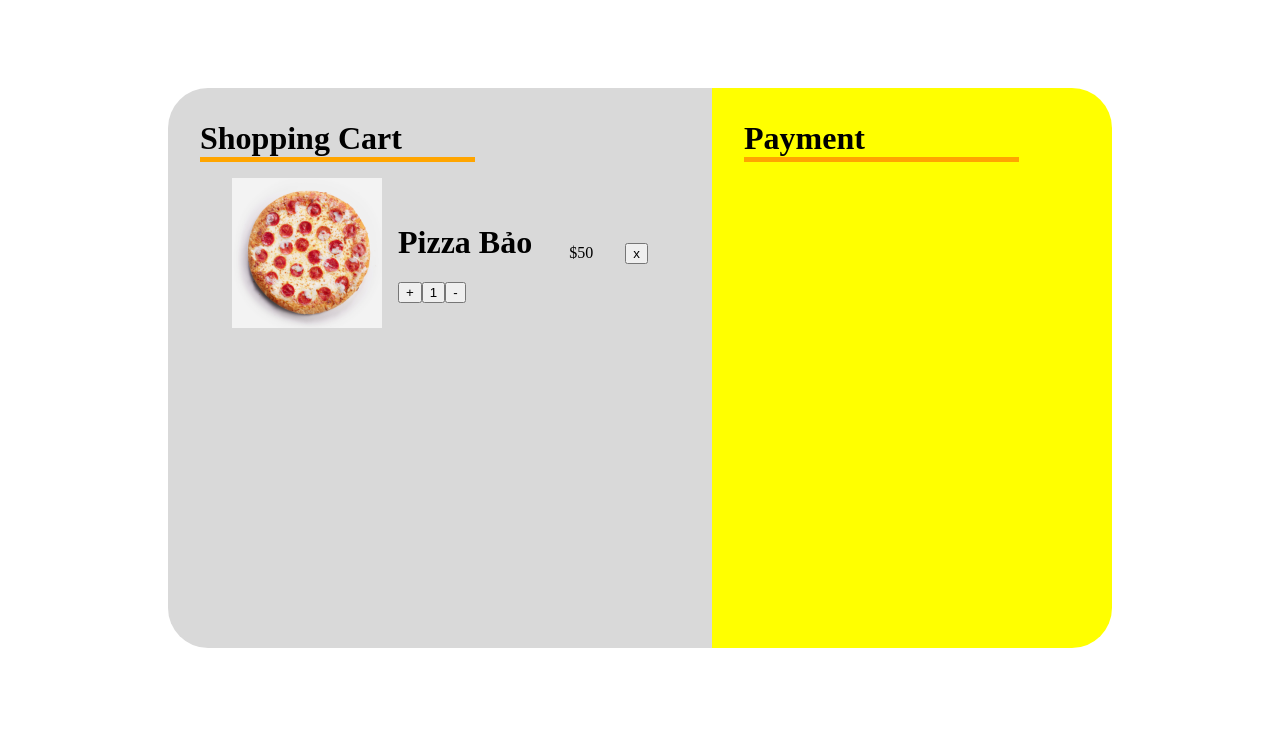
Repository: NDBaoFE/pizza-ordering-hiep
Page: /checkout
These files come from the project's save history. The page is drawn as it stood at one moment and after the next save; the edit follows.
The browser window is 1280 px wide. The pictures show the whole page.
The project was rebuilt for these pictures with package versions that can differ from the ones it lists, and the page was loaded fresh each time.

Above is the page before, as saved 2022-08-27 22:13:13.

### public/index.html
<!DOCTYPE html>
<html lang="en">
  <head>
    <meta charset="utf-8" />
    <link rel="icon" href="%PUBLIC_URL%/avatar.png" />
    <meta name="viewport" content="width=device-width, initial-scale=1" />
    <meta name="theme-color" content="#000000" />
    <link rel="apple-touch-icon" href="%PUBLIC_URL%/avatar.png" />
    <title>Pizza Ordering</title>
  </head>
  <body>
    <noscript>You need to enable JavaScript to run this app.</noscript>
    <div id="root"></div>
  </body>
</html>

### src/App.js
import RouterComponent from './router'

function App() {
  return <>{RouterComponent}</>
}

export default App

### src/router/index.js
import { BrowserRouter, Routes, Route } from 'react-router-dom'
import Checkout from '../pages/Checkout'

const privateRoutes = [{ name: 'checkout', path: '/checkout', element: <Checkout /> }]

const RouterComponent = (
  <BrowserRouter>
    <Routes>
      {privateRoutes.map((route) => (
        <Route key={route.name} path={route.path} element={route.element} />
      ))}
    </Routes>
  </BrowserRouter>
)

export default RouterComponent

### src/pages/Checkout/index.jsx
import React from 'react'
import * as Styled from './Checkout.styled'
import pizza from '../../assets/pizza.jpg'

const Checkout = (props) => {
  return (
    <Styled.Background>
      <Styled.Cart>
        <Styled.Header>Shopping Cart</Styled.Header>
        <Styled.List>
          <Styled.Item>
            <Styled.Image src={pizza} />
            <Styled.Info>
              <Styled.PizzaName>Pizza Bảo</Styled.PizzaName>
              <div>
                <Styled.Button>+</Styled.Button>
                <Styled.Button>1</Styled.Button>
                <Styled.Button>-</Styled.Button>
              </div>
            </Styled.Info>
            <Styled.Price>$50</Styled.Price>
            <Styled.CloseButton>x</Styled.CloseButton>
          </Styled.Item>
        </Styled.List>
      </Styled.Cart>
      <Styled.Payment>
        <Styled.Header>Payment</Styled.Header>
      </Styled.Payment>
    </Styled.Background>
  )
}

Checkout.propTypes = {}

export default Checkout

### src/pages/Checkout/Checkout.styled.js
import styled from 'styled-components'

export const Background = styled.div`
  box-sizing: border-box;
  width: 100%;
  height: 100vh;
  padding: 5rem 10rem;
  display: flex;
  overflow-y: hidden;
`
export const Cart = styled.div`
  padding: 2rem;
  display: block;
  background-color: #d9d9d9;
  flex: 1;
  border-top-left-radius: 40px;
  border-bottom-left-radius: 40px;
`
export const Payment = styled.div`
  box-sizing: border-box;
  padding: 2rem;
  min-width: 400px;
  background-color: yellow;
  border-top-right-radius: 40px;
  border-bottom-right-radius: 40px;
`

export const Header = styled.header`
  font-size: 2rem;
  font-weight: 700;

  &::after {
    content: '';
    display: block;
    width: 275px;
    height: 5px;
    background-color: orange;
  }
`

export const List = styled.ul`
  list-style: none;
  padding: 0;
`

export const Item = styled.li`
  display: flex;
  align-items: center;
  margin: 1rem;
`

export const Image = styled.img`
  margin: 0 1rem;

  width: 150px;
`
export const Info = styled.div`
  flex: 1;
`
export const PizzaName = styled.h1``
export const Button = styled.button``
export const Price = styled.span`
  margin: 0 1rem;
`
export const CloseButton = styled.button`
  margin: 0 1rem;
`

Loaded but not shown: src/index.js (common file)

After the next save:
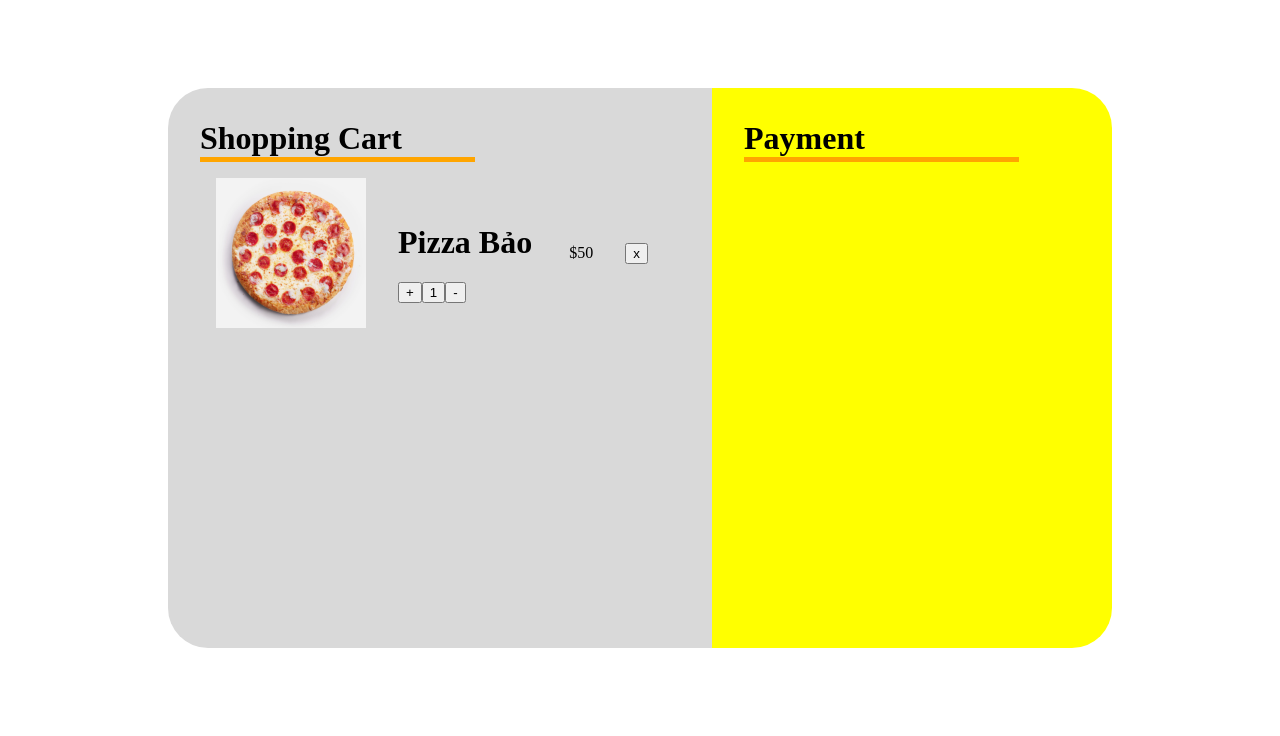
Saved 18 s later.
--- a/src/pages/Checkout/Checkout.styled.js
+++ b/src/pages/Checkout/Checkout.styled.js
@@ -50,7 +50,7 @@ export const Item = styled.li`
 `
 
 export const Image = styled.img`
-  margin: 0 1rem;
+  margin-right: 2rem;
 
   width: 150px;
 `
